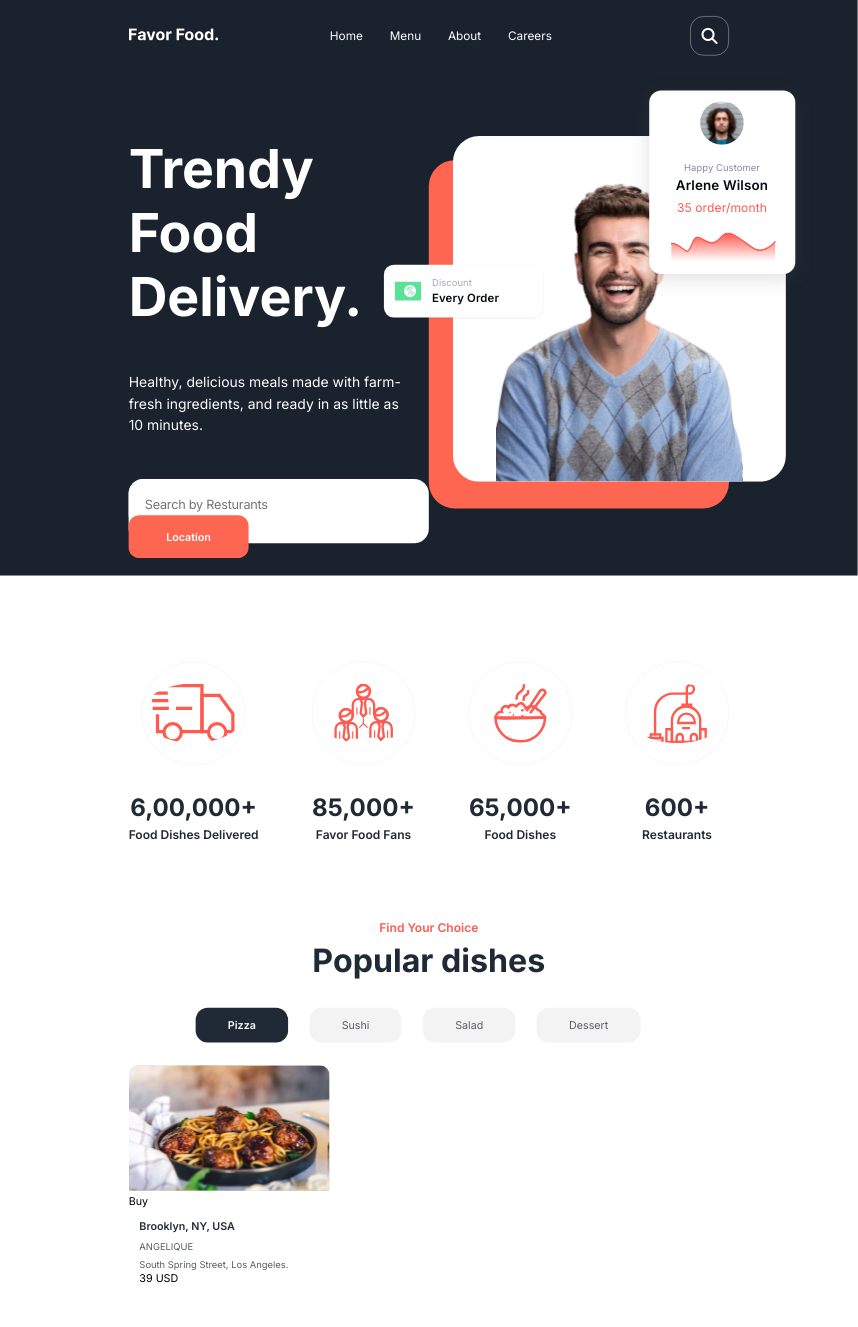
Repository: badhon252/favor-food
Page: index.html
An editor plug-in stored every save of this project. The page is shown before and after the next save, followed by the edit.
The browser window is 1280 px wide. The pictures show the whole page, at 67% of full size.
The style sheet was rebuilt from its Sass, Less or Tailwind sources for each picture, by a compiler version that may differ from the author's.

Above is the page before, as saved 2022-09-12 18:25:31.

### index.html
<!DOCTYPE html>
<html lang="en">

<head>
    <meta charset="UTF-8">
    <meta http-equiv="X-UA-Compatible" content="IE=edge">
    <meta name="viewport" content="width=device-width, initial-scale=1.0">
    <!-- fontawesome cdn link  -->
    <link rel="stylesheet" href="https://cdnjs.cloudflare.com/ajax/libs/font-awesome/6.2.0/css/all.min.css">
    <!-- custom css  -->
    <link rel="stylesheet" href="scss/style.css">

    <title>Favor-Food</title>
</head>

<body>
    <header class="">
        <div class="container">

            <nav>
                <div class="navbar-brand">
                    <img src="./images/logo.svg" alt="">
                </div>
                <ul class="nav">
                    <li><a href="">Home</a></li>
                    <li><a href="">Menu</a></li>
                    <li><a href="">About</a></li>
                    <li><a href="">Careers</a></li>
                </ul>

                <div class="search-icon">
                    <i class="fa-solid fa-magnifying-glass"></i>
                </div>
            </nav>

            <div class="header-content my-2">
                <div class="row">


                    <div class="col-md-6">
                        <h1>Trendy Food <br> Delivery.</h1>
                        <p class="my-5">Healthy, delicious meals made with farm- <br> fresh ingredients, and ready in as
                            little as <br>
                            10 minutes.
                        </p>
                        <form action="">
                            <input type="text" id="location" placeholder="Search by Resturants">
                            <label for="location">Location</label>
                        </form>
                    </div>
                    <div class="col-md-6">
                        <div class="card my-3">

                            <img src="./images/image 624.svg" class="header-main-img" alt="">

                            <div class="discount-card">
                                <img src="./images/Group 4347.svg" alt="">
                                <div class="discount">
                                    <h4>Discount</h4>
                                    <h2>Every Order</h2>
                                </div>
                            </div>
                            <div class="profile-card">
                                <img src="./images/Group 2738.svg" alt="">
                                <h4>Happy Customer</h4>
                                <h3>Arlene Wilson</h3>
                                <h2>35 order/month</h2>
                                <img src="./images/Group 2811.svg" alt="">
                            </div>
                        </div>
                    </div>
                </div>
            </div>
        </div>
    </header>

    <div class="second-section">
        <div class="row container">
            <div class="col-md-3">
                <img src="./images/Group 4321.svg" alt="" class="my-2 py-2">
                <h2>6,00,000+</h2>
                <h3>Food Dishes Delivered</h3>
            </div>
            <div class="col-md-3">
                <img src="./images/Group 4328.svg" alt="" class="my-2 py-2">
                <h2>85,000+</h2>
                <h3>Favor Food Fans</h3>
            </div>
            <div class="col-md-3">
                <img src="./images/Group 4323.svg" alt="" class="my-2 py-2">
                <h2>65,000+</h2>
                <h3>Food Dishes</h3>
            </div>
            <div class="col-md-3">
                <img src="./images/Group 4324.svg" alt="" class="my-2 py-2">
                <h2>600+</h2>
                <h3>Restaurants</h3>
            </div>
        </div>
    </div>

    <section class="third-section container">
        <h3>Find Your Choice</h3>
        <h2>Popular dishes</h2>
        <nav class="my-3">
            <ul>
                <li><a href="" class="active-btn btn">Pizza</a></li>
                <li><a href="" class="btn">Sushi</a></li>
                <li><a href="" class="btn">Salad</a></li>
                <li><a href="" class="btn">Dessert</a></li>
            </ul>
        </nav>

        <div class="food-items">
            <div class="row">
                <div class="col-md-4 card">
                    <div class="card-header">
                        <img src="./images/Rectangle 3.svg" alt="">
                        <div class="card-tag">Buy</div>
                    </div>
                    <div class="card-body py-1">
                        <h4>Brooklyn, NY, USA</h4>
                        <h5>ANGELIQUE</h5>
                        <h6>South Spring Street, Los Angeles.</h6>
                        <span class="price">39 USD</span>
                    </div>
                </div>
            </div>
        </div>
    </section>
</body>

</html>

### scss/style.scss
@import url("https://fonts.googleapis.com/css2?family=Inter:wght@400;600;700;800;900&display=swap");
* {
  margin: 0%;
  padding: 0;
  box-sizing: border-box;
  font-family: "Inter", sans-serif;
}

.container {
  margin: 0 12rem;
}
.row {
  display: flex;
  align-items: center;
  justify-content: space-between;
  max-width: 100%;
  .col-md-6 {
    max-width: 50%;
  }
}
h1 {
  font-weight: 700;
  font-size: 5rem;
  line-height: 96px;
}
.my-2 {
  margin: 2rem 0;
}
.my-3 {
  margin: 3rem 0;
}
.my-4 {
  margin: 4rem 0;
}
.my-5 {
  margin: 5rem 0;
}
.my-5 {
  margin: 5rem 0;
}
.my-6 {
  margin: 6rem 0;
}
.btn {
  outline: none;
  border: none;
  padding: 15px 30px;
}
.py-1 {
  padding: 1rem 0;
}
.py-2 {
  padding: 2rem 0;
}
.py-3 {
  padding: 3rem 0;
}
.py-4 {
  padding: 4rem 0;
}
//==========
//=========
// =======
header {
  background-color: #1a222d;
  color: #fff;
  nav {
    display: flex;
    justify-content: space-between;
    align-items: center;
    padding: 1.5rem 0;
    ul {
      display: flex;
      li {
        list-style-type: none;
        a {
          text-decoration: none;
          color: #fff;
          margin-right: 2.5rem;
          font-size: 1.1rem;
          font-weight: 500;
        }
      }
    }

    .search-icon {
      color: #fff;
      border: 1px solid rgba(255, 255, 255, 0.521);
      border-radius: 50%;
      padding: 1rem;
      border-radius: 20px;
      cursor: pointer;
      &:hover {
        opacity: 1;
      }
      i {
        font-size: 1.5rem;
      }
    }
  }

  .header-content {
    min-height: 80vh;
    padding: 3rem 0;
    h1 {
      margin: 1rem 0;
    }
    p {
      font-size: 1.3rem;
      font-weight: 500;
      margin: 4rem 0;
      line-height: 32px;
    }
    form {
      display: inline-block;
      border-radius: 22px;
      background: #ffffff;
      input {
        padding: 1.5rem;
        font-size: 19px;
        line-height: 28px;
        letter-spacing: -0.02em;
        outline: none;
        border: none;
        color: #b1b1b1;
        border-radius: 22px;
      }
      label {
        background: #ff6652;
        border-radius: 16px;
        padding: 1.4rem 3.5rem;
        margin-right: 0.6rem;
        cursor: pointer;
        font-weight: 600;
      }
    }

    .card {
      background: #ff6652;
      border-radius: 39px;
      // padding: 0 4rem;
      position: relative;
      .header-main-img {
        background-color: #fff;
        padding: 0 4rem;
        border-radius: 39px;
        position: relative;
        margin-left: 8%;
        margin-bottom: 8%;
        margin-top: -8%;
        transition: 0.4s;
        &:hover {
          margin-top: 0%;
          margin-left: 0%;
          margin-bottom: 0%;
        }

        // padding-left: 3rem;
        // &:hover {
        //   margin: -2rem -2rem auto auto;
        // }
      }

      .discount-card {
        position: absolute;
        top: 30%;
        left: -15%;
        background-color: #fff;
        color: #000;
        padding: 1rem;
        display: flex;
        border-radius: 15px;
        width: 238px;
        box-shadow: rgba(0, 0, 0, 0.1) 0px 1px 2px 0px;

        img {
          margin-right: 1rem;
        }
        h4 {
          font-weight: 400;
          font-size: 14px;
          line-height: 21px;
          letter-spacing: 0.01em;
          color: #a6a6bb;
        }
        h2 {
          font-weight: 600;
          font-size: 17px;
          line-height: 26px;
          letter-spacing: 0.01em;
          color: #070a13;
        }
      }
      .profile-card {
        position: absolute;
        top: -20%;
        right: -22%;
        width: 218px;
        height: 274px;
        background-color: #fff;
        border-radius: 18px;
        color: #000;
        padding: 0 2rem;
        text-align: center;
        box-shadow: rgba(100, 100, 111, 0.2) 0px 7px 29px 0px;
        img {
          margin: 1rem 0;
        }
        h4 {
          font-weight: 500;
          font-size: 14px;
          line-height: 16px;
          text-align: center;
          letter-spacing: 0.01em;
          color: #8888a5;
          margin: 0.4rem 0;
        }
        h3 {
          font-weight: 600;
          font-size: 20px;
          line-height: 23px;
          letter-spacing: 0.01em;
          color: #070a13;
        }
        h2 {
          font-weight: 500;
          font-size: 18px;
          line-height: 21px;
          letter-spacing: 0.01em;
          color: #fe5a50;
          margin: 0.7rem 0;
        }
      }
    }
  }
}

.second-section {
  padding: 4rem 0;
  text-align: center;
  img {
    border-radius: 50%;
    width: 155px;
    height: 155px;

    background: #ffffff;
    border: 1px solid #f3f3f3;
    &:hover {
      box-shadow: rgba(0, 0, 0, 0.1) 0px 20px 25px -5px,
        rgba(0, 0, 0, 0.04) 0px 10px 10px -5px;
    }
  }
  h2 {
    font-weight: 700;
    font-size: 36px;
    line-height: 54px;
    text-align: center;
    color: #202a36;
  }
  h3 {
    font-weight: 600;
    font-size: 18px;
    line-height: 27px;
    text-align: center;
    color: #202a36;
  }
}

.third-section {
  padding: 3rem 0;
  h3 {
    font-weight: 600;
    font-size: 18px;
    line-height: 27px;
    text-align: center;
    color: #fe5a50;
  }
  h2 {
    font-weight: 700;
    font-size: 48px;
    line-height: 72px;
    text-align: center;
    color: #202a36;
  }
  nav {
    ul {
      display: flex;
      align-items: center;
      justify-content: center;
      li {
        list-style: none;
        margin-right: 2rem;
        a {
          font-weight: 500;
          text-decoration: none;
          font-size: 1rem;
          line-height: 24px;
          text-align: center;
          color: #575e66;
          background: #f3f3f3;
          border-radius: 18px;
          padding: 1rem 3rem;
        }
        .active-btn {
          background: #202a36;
          border-radius: 18px;
          color: #fff;
          font-weight: 600;
        }
      }
    }
  }

  .food-items {
    h4 {
      font-weight: 600;
      font-size: 16px;
      line-height: 24px;
      color: #242e3a;
    }
    h5 {
      font-weight: 400;
      font-size: 14px;
      line-height: 140%;
      color: #575e66;
      margin: 0.5rem 0;
    }
    h6 {
      font-weight: 400;
      font-size: 14px;
      line-height: 140%;
      color: #575e66;
    }
    .card-body {
      padding: 1rem;
    }
  }
}

After the next save:
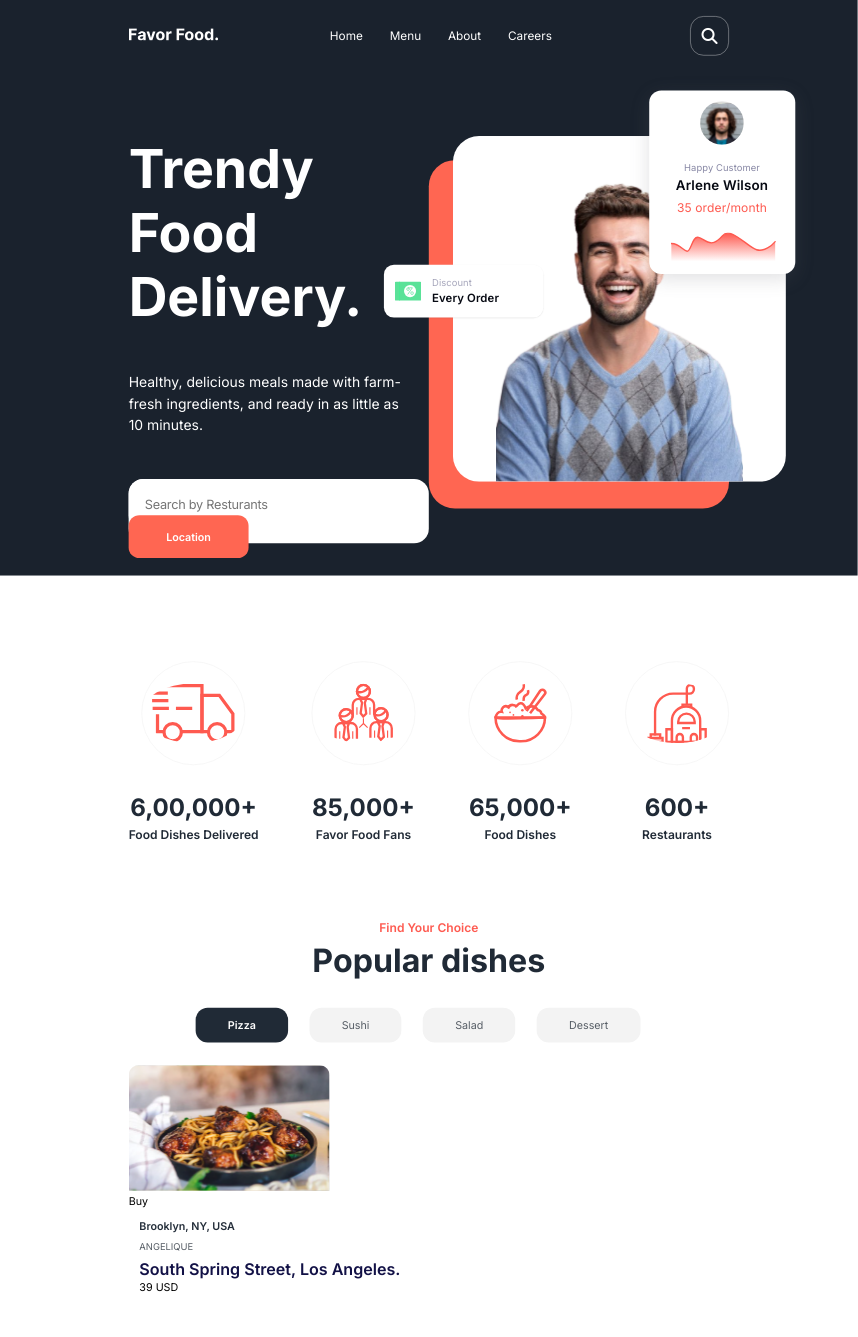
Saved 16 s later.
--- a/scss/style.scss
+++ b/scss/style.scss
@@ -330,6 +330,14 @@
       font-size: 14px;
       line-height: 140%;
       color: #575e66;
+      font-weight: 600;
+      font-size: 24px;
+      line-height: 140%;
+      /* identical to box height, or 34px */
+
+      text-align: center;
+
+      color: #121146;
     }
     .card-body {
       padding: 1rem;

After the save that followed:
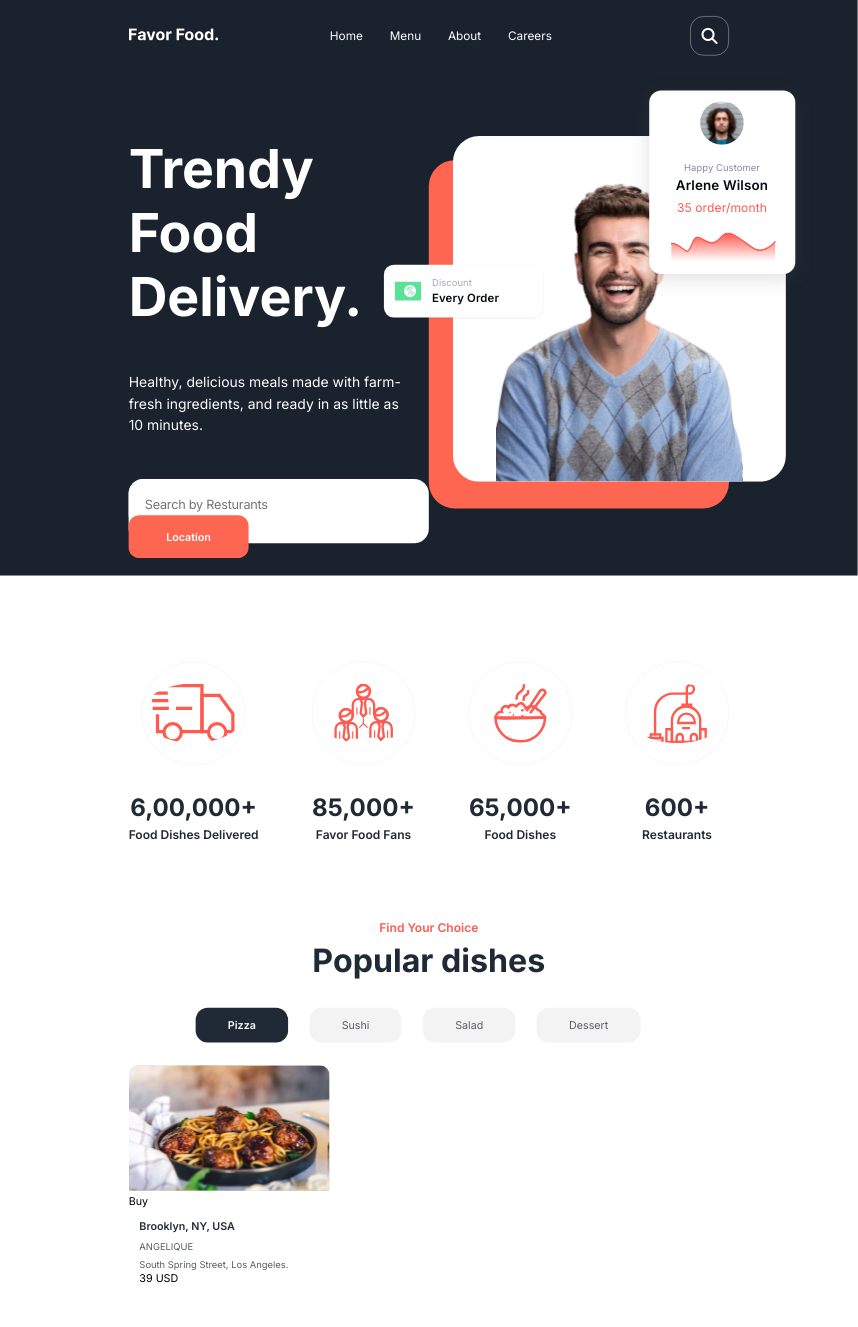
Saved 9 s later.
--- a/scss/style.scss
+++ b/scss/style.scss
@@ -330,14 +330,6 @@
       font-size: 14px;
       line-height: 140%;
       color: #575e66;
-      font-weight: 600;
-      font-size: 24px;
-      line-height: 140%;
-      /* identical to box height, or 34px */
-
-      text-align: center;
-
-      color: #121146;
     }
     .card-body {
       padding: 1rem;
